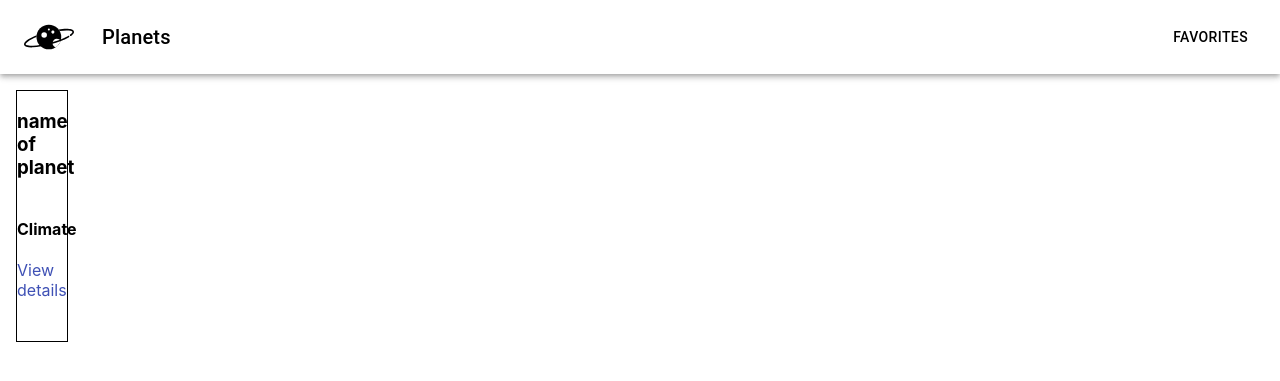
Repository: samridhie01/assignment
Page: /
These files come from the project's save history. The page is drawn as it stood at one moment and after the next save; the edit follows.
The browser window is 1280 px wide. The pictures show the whole page.
The page's requests for data from a server got no answer. The project was rebuilt for these pictures with package versions that can differ from the ones it lists, and the page was loaded fresh each time. No one was signed in, and anything a server would have sent is missing.

Above is the page before, as saved 2020-08-19 21:45:54.

After the next save:
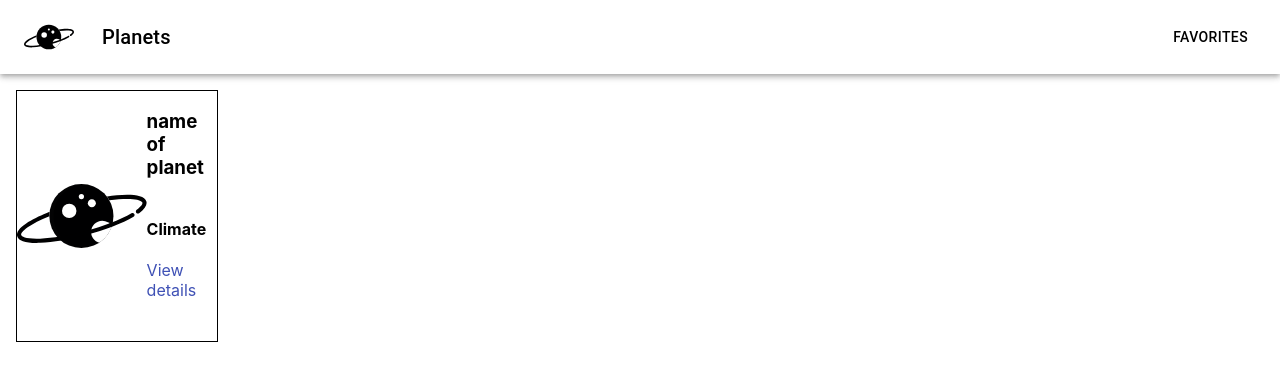
Saved 7 s later.
--- a/src/components/planets/Planets.tsx
+++ b/src/components/planets/Planets.tsx
@@ -31,7 +31,7 @@ export default function Planets() {
   const bull = <span className={classes.bullet}>•</span>;
 
   return (
-       <Box m={2} border={1} width={50} className={classes.flexContainer}>
+       <Box m={2} border={1} width={200} className={classes.flexContainer}>
            <PlanetIcon/>
            <div className={classes.flexContainer2}>
            <h3>name of planet</h3>
